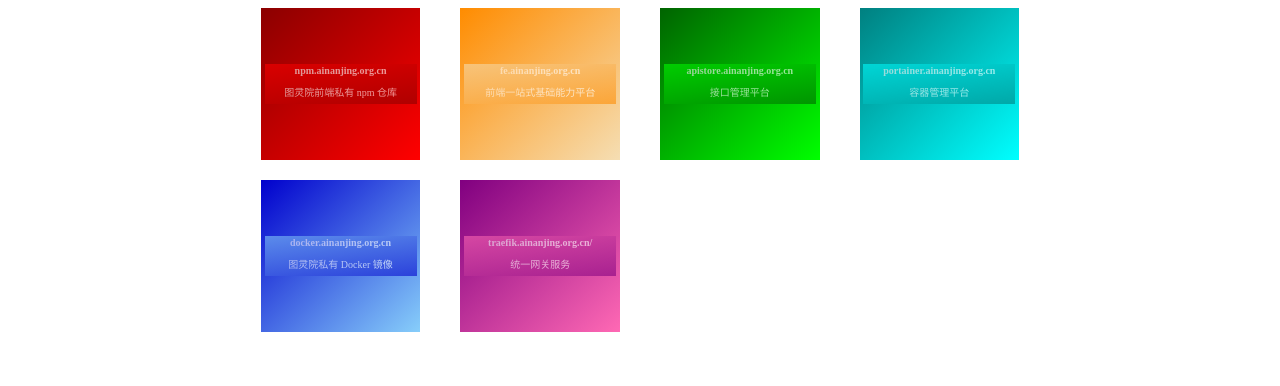
Repository: heweiwei1/portainer
Page: index.html
The author's editor kept a copy of each file at every save. The page is drawn from the files as they stood at one save, then again after the next save.
The browser window is 1280 px wide. The pictures show the whole page.

Above is the page before, as saved 2021-04-13 18:15:20.

### index.html
<!DOCTYPE html>
<html lang="en">
<head>
  <meta charset="UTF-8">
  <meta http-equiv="X-UA-Compatible" content="IE=edge">
  <meta name="viewport" content="width=device-width, initial-scale=1.0">
  <title>网页</title>
  <link rel="stylesheet" href="index.css">
  <script src="index.js"></script>
</head>
<body>
  <div class="demo">
    <a class="demo-1" href="https://npm.ainanjing.org.cn/">
        <div class="trans">
          <h4>npm.ainanjing.org.cn</h4>
          <p>图灵院前端私有 npm 仓库</p>
        </div>
    </a>
    <a class="demo-2" href="https://fe.ainanjing.org.cn" id="pop">
          <div class="trans">
            <h4>fe.ainanjing.org.cn</h4>
            <p>前端一站式基础能力平台</p>
          </div>
    </a>
    <a class="demo-3" href="https://apistore.ainanjing.org.cn">
        <div class="trans">
          <h4>apistore.ainanjing.org.cn</h4>
          <p>接口管理平台</p>
        </div>
    </a>
    <a class="demo-4" href="https://portainer.ainanjing.org.cn">
        <div class="trans">
          <h4>portainer.ainanjing.org.cn</h4>
          <p>容器管理平台</p>
        </div>
    </a>
    <a class="demo-5" href="https://docker.ainanjing.org.cn">
        <div class="trans">
          <h4>docker.ainanjing.org.cn</h4>
          <p>图灵院私有 Docker 镜像</p>
        </div>
    </a>
    <a class="demo-6" href="https://traefik.ainanjing.org.cn/">
        <div class="trans">
          <h4>traefik.ainanjing.org.cn/</h4>
          <p>统一网关服务</p>
        </div>
    </a>
  </div>
</body>
</html>

### index.css
a {
  text-decoration: none;
  color: #000;
}
.demo {
  width: 60%;
  margin: auto;
  display: flex;
  flex-flow: row wrap;
}

.demo a {
  position: relative;
  display: flex;
  flex-direction: column;
  align-items: center;
  width: calc((100% - 120px) / 4);
  height: 152px;
  margin-bottom: 20px;
  font-size: 10px;
}
.demo a:not(:nth-child(4n)){
  margin-right: 40px;
}
.trans {
  position:absolute;
  top: 56px;
  width: 112.09px;
  padding: 20px 20px;
  display: flex;
  justify-content: center;
  opacity: 0.6;
}
.trans p{
  position: absolute;
  top: 10px;
  color: #fff;
}
.trans h4{
  position: absolute;
  top: -12px;
  color: #fff;
}
.demo-1 {
  background-image: linear-gradient(to bottom right,#8b0000,#ff0000);
}
.demo-1 .trans{
  background-image: linear-gradient(to top left,#8b0000,#ff0000);
}
.demo-2 {
  background-image: linear-gradient(to bottom right,#ff8c00,#f5deb3);
}
.demo-2 .trans{
  background-image: linear-gradient(to top left,#ff8c00,#f5deb3);
}
.demo-3 {
  background-image: linear-gradient(to bottom right,#006400,#00ff00);
}
.demo-3 .trans{
  background-image: linear-gradient(to top left,#006400,#00ff00);
}
.demo-4 {
  background-image: linear-gradient(to bottom right,#008080,#00ffff);
}
.demo-4 .trans{
  background-image: linear-gradient(to top left,#008080,#00ffff);
}
.demo-5 {
  background-image: linear-gradient(to bottom right,#0000cd,#87cefa);
}
.demo-5 .trans{
  background-image: linear-gradient(to top left,#0000cd,#87cefa);
}
.demo-6 {
  background-image: linear-gradient(to bottom right,#800080,#ff69b4);
}
.demo-6 .trans{
  background-image: linear-gradient(to top left,#800080,#ff69b4);
}

### index.js
window.onload = function(){
  var pop = document.getElementById("pop");
  pop.onclick = function(){
    alert("暂未启用");
    return false;
  }
}

After the next save:
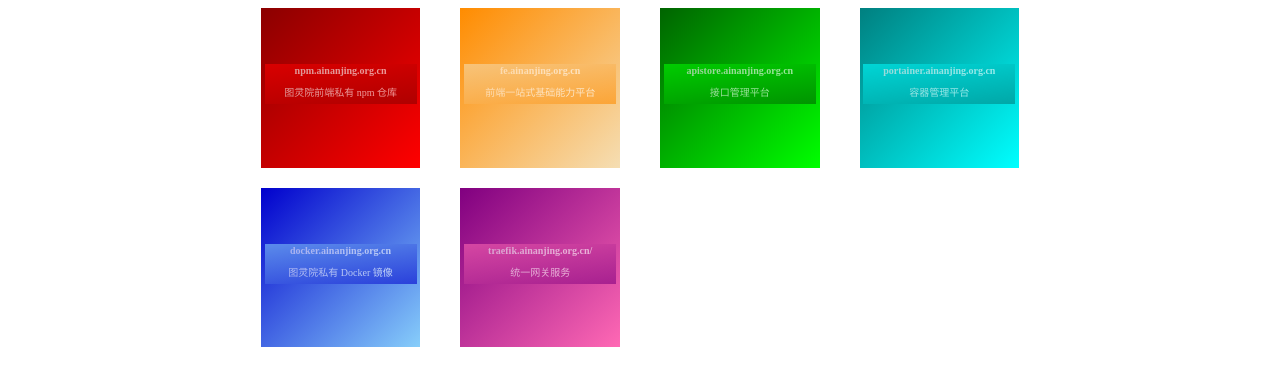
Saved 22 s later.
--- a/index.css
+++ b/index.css
@@ -15,7 +15,7 @@ a {
   flex-direction: column;
   align-items: center;
   width: calc((100% - 120px) / 4);
-  height: 152px;
+  height: 159.59px;
   margin-bottom: 20px;
   font-size: 10px;
 }
